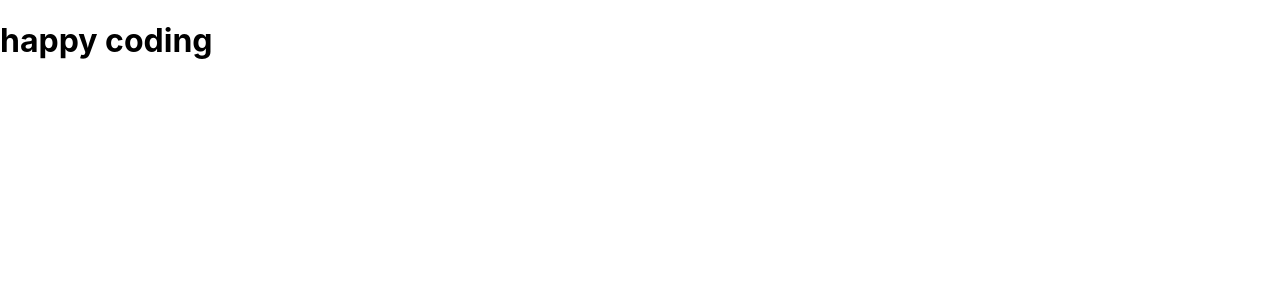
Repository: Samkiroko/expense-tracker-react
Page: /
These files come from the project's save history. The page is drawn as it stood at one moment and after the next save; the edit follows.
The browser window is 1280 px wide. The pictures show the whole page.
The project was rebuilt for these pictures with package versions that can differ from the ones it lists, and the page was loaded fresh each time.

Above is the page before, as saved 2021-06-08 10:19:41.

After the next save:
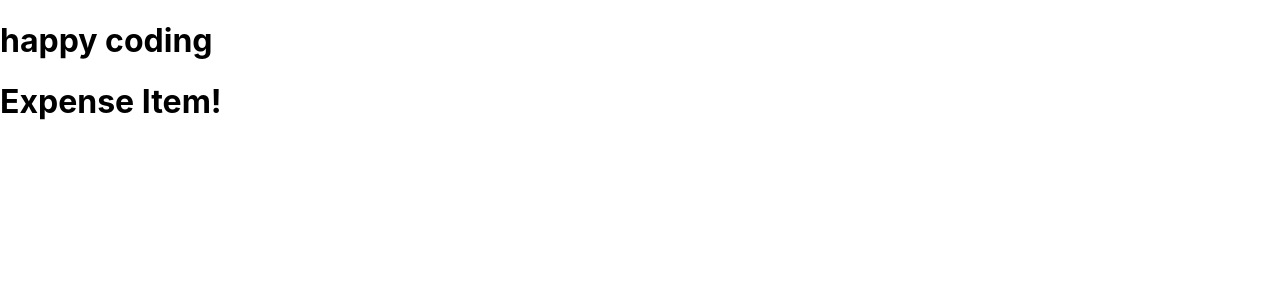
Saved 49 s later.
--- a/src/App.js
+++ b/src/App.js
@@ -1,7 +1,10 @@
+import ExpenseItem from './components/ExpenseItem'
+
 function App() {
   return (
     <div className='App'>
       <h1>happy coding</h1>
+      <ExpenseItem />
     </div>
   )
 }
